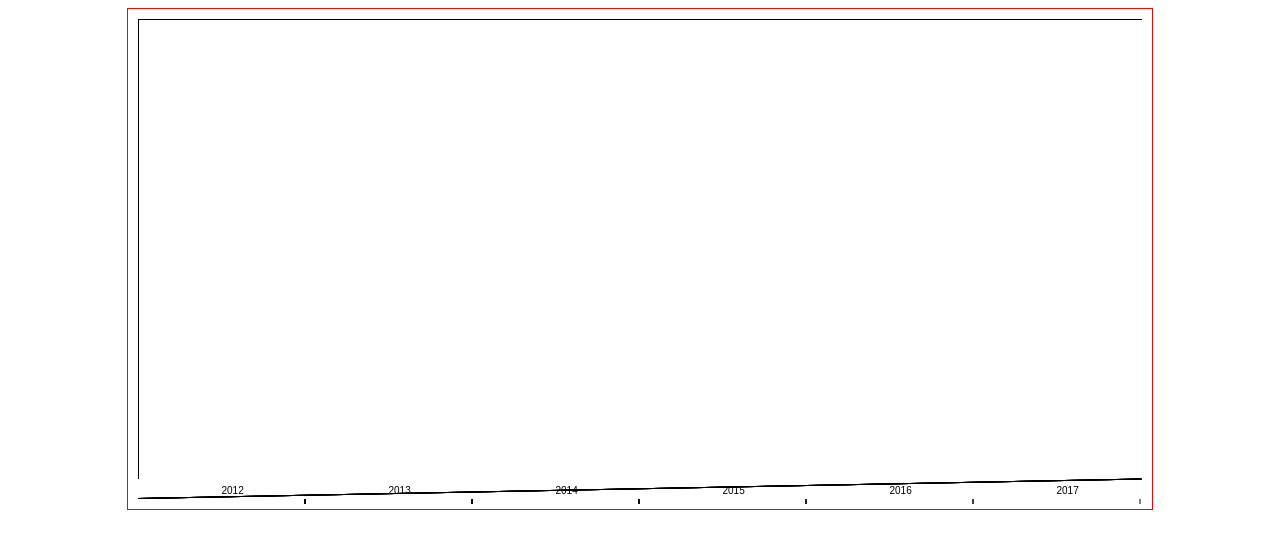
Repository: cw19931024/Demo
Page: canvas.html
An editor plug-in stored every save of this project. The page is shown before and after the next save, followed by the edit.
The browser window is 1280 px wide. The pictures show the whole page.

Above is the page before, as saved 2017-07-27 14:21:07.

After the next save:
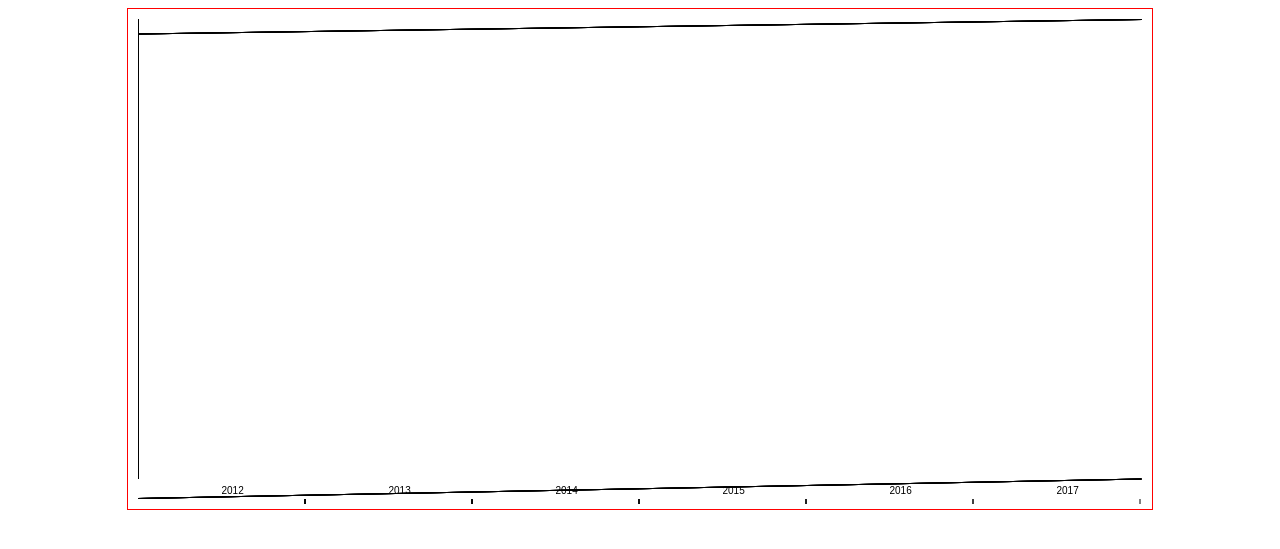
Saved 6 s later.
--- a/canvas.html
+++ b/canvas.html
@@ -47,7 +47,7 @@
     Edit('lineTo',[padding + 0.5,padding + 0.5]);
     Edit('moveTo',[padding,height-padding-0.5]);
     Edit('lineTo',[width-padding-0.5,height-padding-20]);
-    Edit('moveTo',[padding,padding + 0.5]);
+    Edit('moveTo',[padding,padding + 15]);
     Edit('lineTo',[width - padding - 0.5,padding + 0.5]);
     context.stroke();
 

After the save that followed:
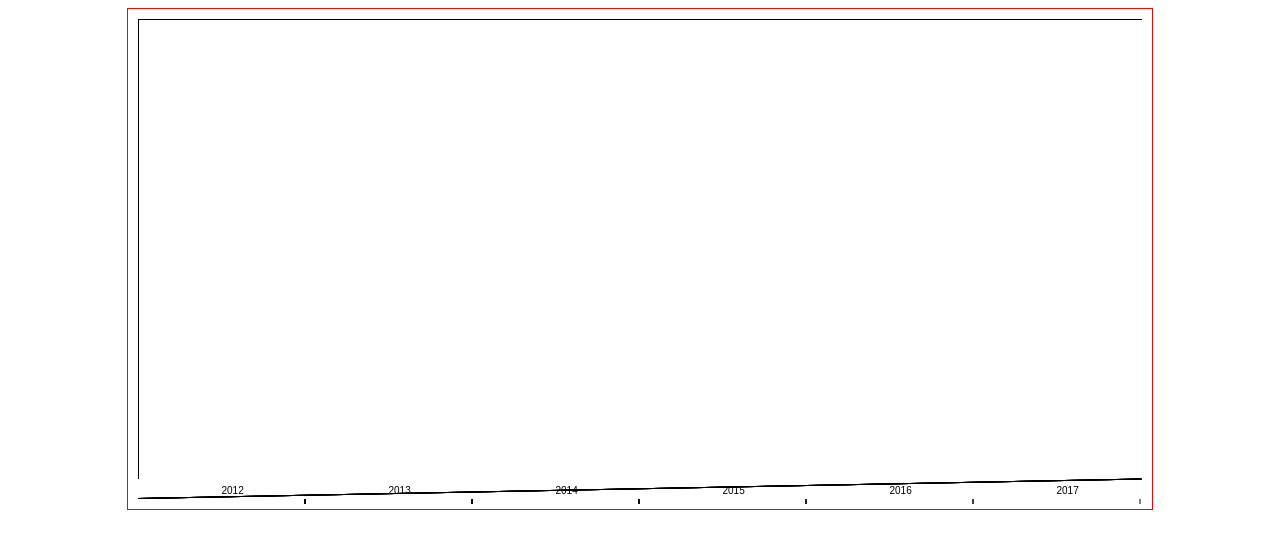
Saved 4 s later.
--- a/canvas.html
+++ b/canvas.html
@@ -47,7 +47,7 @@
     Edit('lineTo',[padding + 0.5,padding + 0.5]);
     Edit('moveTo',[padding,height-padding-0.5]);
     Edit('lineTo',[width-padding-0.5,height-padding-20]);
-    Edit('moveTo',[padding,padding + 15]);
+    Edit('moveTo',[padding,padding + 0.5]);
     Edit('lineTo',[width - padding - 0.5,padding + 0.5]);
     context.stroke();
 
